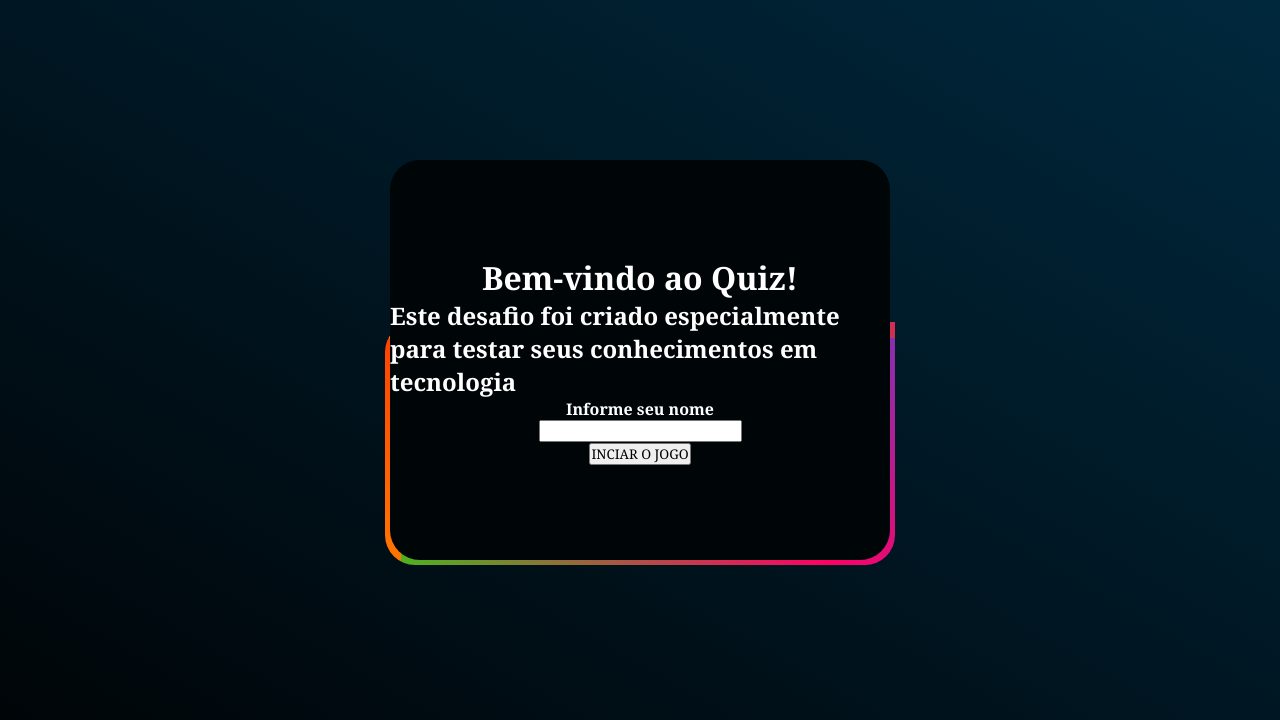
Repository: LaisSilvaO/Projeto-Quizz
Page: telas/apresentação.html
These files come from the project's save history. The page is drawn as it stood at one moment and after the next save; the edit follows.
The browser window is 1280 px wide. The pictures show the whole page.

Above is the page before, as saved 2024-12-25 21:02:59.

### telas/apresentação.html
<!DOCTYPE html>
<html lang="pt-br">

<head>
    <meta charset="UTF-8">
    <meta name="viewport" content="width=device-width, initial-scale=1.0">
    <title>Quiz</title>
    <link rel="stylesheet" href="../img/tela.css">
</head>

<body>
    <div class="box1">
        <div class="box2">
            <H1> Bem-vindo ao Quiz!</H1>

            <h2>Este desafio foi criado especialmente para testar seus conhecimentos em tecnologia


            </h2>
            <h4>Informe seu nome </h4>
            <input type="text" id="nome">
            <A href="index.html">
                <h4><button>INCIAR O JOGO</button></h4>
            </A>
        </div>
    </div>

</body>

</html>

### img/tela.css
* {
  margin: 0;
  padding: 0;
  box-sizing: border-box;
  font-family: Cambria, Cochin, Georgia, Times, 'Times New Roman', serif;
}

body {
  height: 100vh;
  display: flex;
  justify-content: center;
  align-items: center;
  background: linear-gradient(210deg, #00283d, #000508);
}

main {
  background-color: white;
  padding: 10px;
  border-radius: 10px;
  width: 100%;
  max-width: 600px;
  min-height: 400px;
  display: flex;
  justify-content: center;
  align-items: center;
}

.box1{
  position: relative;
  width: 510px;
  height: 410px;

  border-radius: 30px;
  display: flex;
  justify-content: center;
  align-items: center;
  flex-direction: column;
  overflow: hidden;

}
.box2 {
  position: relative;
  width: 500px;
  height: 400px;
  background-color: #000508;
  border-radius: 30px;
  display: flex;
  justify-content: center;
  align-items: center;
  flex-direction: column;
  overflow: hidden;
  color: white;
}

/* Borda animada externa */
.box1::before {
  content: '';
  position: absolute;
  top: 0;
  left: 0;
  width: 100%;
  height: 100%;
  border-radius: 30px;
  border: 16px solid transparent; /* Espessura da borda aumentada */
  background-image: linear-gradient(45deg, #00ff00, #ff0066, #0066ff, #ffcc00, hsl(15, 100%, 50%));
  background-size: 400%; /* Aumenta o tamanho da animação da borda */
  animation: borderAnimation 3s linear 3s infinite ;
  z-index: -1; /* Garante que a borda fique atrás do conteúdo */
}

@keyframes borderAnimation {
  0% {
    top: 0px;
    left: 0px;
}
25% {
    top: 0px;
    left: 500px; /* Canto superior direito */
}
50% {
    top: 500px;
    left: 0px; /* Canto inferior direito */
}
75% {
    top: 0px;
    left: 0px; /* Canto inferior esquerdo */
}
100% {
    top: 500px;
    left: 0px;  /* Retorna ao canto superior esquerdo */
}
}

After the next save:
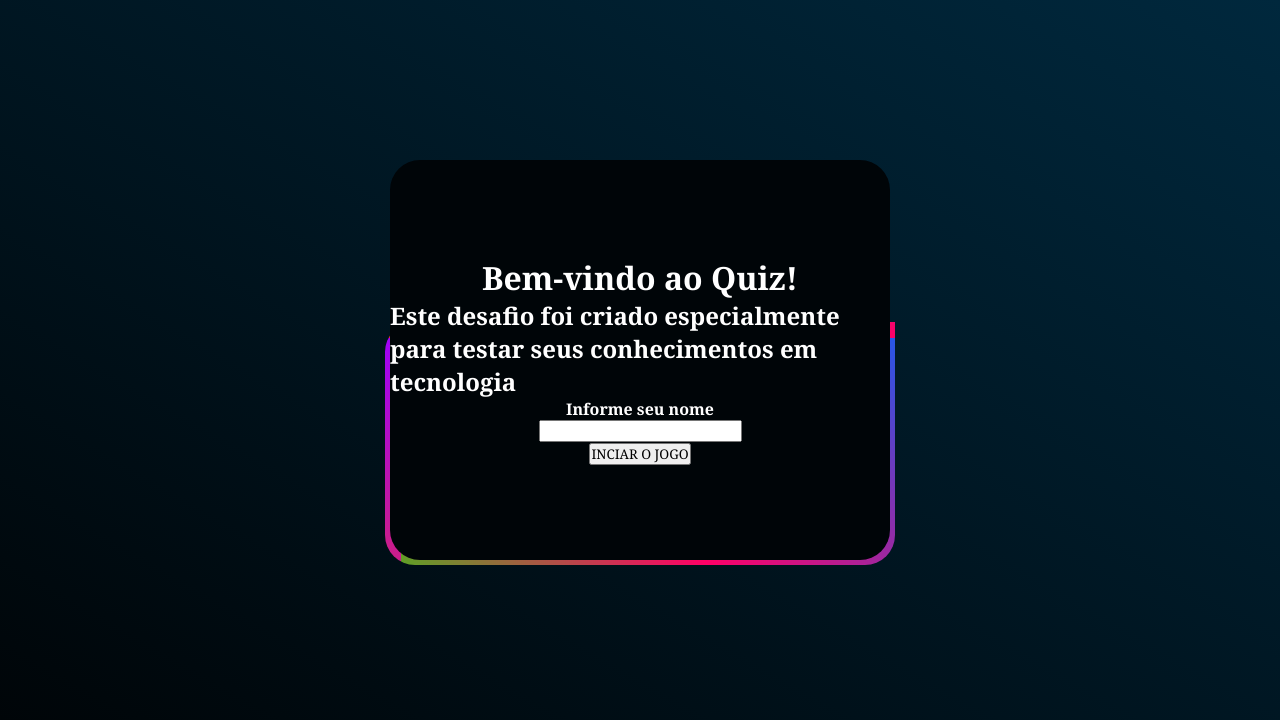
Saved 79 s later.
--- a/img/tela.css
+++ b/img/tela.css
@@ -62,7 +62,7 @@ main {
   height: 100%;
   border-radius: 30px;
   border: 16px solid transparent; /* Espessura da borda aumentada */
-  background-image: linear-gradient(45deg, #00ff00, #ff0066, #0066ff, #ffcc00, hsl(15, 100%, 50%));
+  background-image: linear-gradient(45deg, #00ff00, #ff0066, #0066ff, #ffcc00, hsl(15, 100%, 50%), #9d00ff);
   background-size: 400%; /* Aumenta o tamanho da animação da borda */
   animation: borderAnimation 3s linear 3s infinite ;
   z-index: -1; /* Garante que a borda fique atrás do conteúdo */
